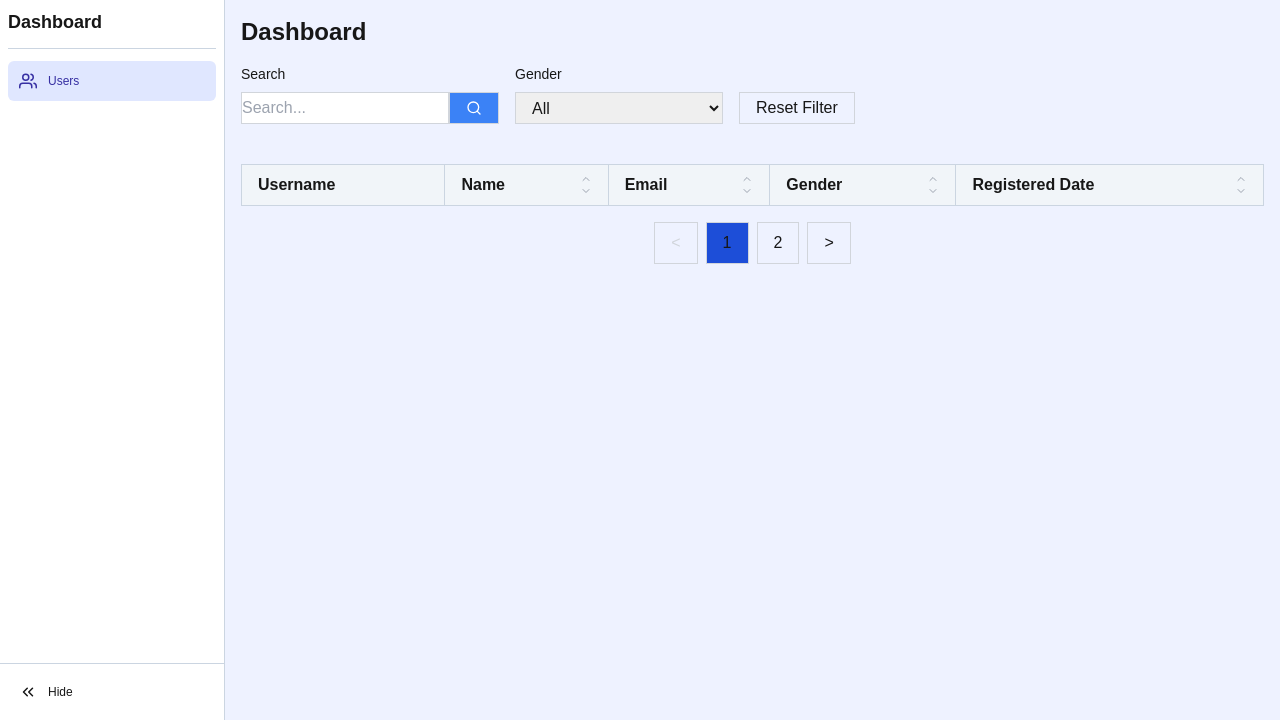
Repository: Ademaulana100499/userdashboard
Page: /
The author's editor kept a copy of each file at every save. The page is drawn from the files as they stood at one save, then again after the next save.
The browser window is 1280 px wide. The pictures show the whole page.
The page's requests for data from a server got no answer. The project was rebuilt for these pictures with package versions that can differ from the ones it lists, and the page was loaded fresh each time. The framework's server and built-in components were replaced by stand-ins that run in the browser. No one was signed in, and anything a server would have sent is missing. Also part of the build but not shown: next.config.mjs.

Above is the page before, as saved 2025-02-14 22:25:44.

### src/pages/index.js
import React from "react";
import Sidebar from "@/components/Sidebar";
import DashboardContent from "@/components/DashboardContent";
const Dashboard = () => {
  return (
    <div className="flex bg-indigo-50">
      <Sidebar />
      <DashboardContent />
    </div>
  );
};

export default Dashboard;

### src/components/Sidebar.jsx
import React, { useState } from "react";
import { FiChevronsRight, FiUsers } from "react-icons/fi";
import { motion } from "framer-motion";
const Sidebar = () => {
  const [open, setOpen] = useState(true);
  const [selected, setSelected] = useState("Users");

  return (
    <motion.nav
      layout
      className="sticky top-0 h-screen shrink-0 border-r border-slate-300 bg-white p-2"
      style={{
        width: open ? "225px" : "fit-content",
      }}>
      <TitleSection open={open} />

      <div className="space-y-1">
        <Option
          Icon={FiUsers}
          title="Users"
          selected={selected}
          setSelected={setSelected}
          open={open}
        />
      </div>

      <ToggleClose open={open} setOpen={setOpen} />
    </motion.nav>
  );
};

const Option = ({ Icon, title, selected, setSelected, open, notifs }) => {
  return (
    <motion.button
      layout
      onClick={() => setSelected(title)}
      className={`relative flex h-10 w-full items-center rounded-md transition-colors ${
        selected === title
          ? "bg-indigo-100 text-indigo-800"
          : "text-slate-500 hover:bg-slate-100"
      }`}>
      <motion.div
        layout
        className="grid h-full w-10 place-content-center text-lg">
        <Icon />
      </motion.div>
      {open && (
        <motion.span
          layout
          initial={{ opacity: 0, y: 12 }}
          animate={{ opacity: 1, y: 0 }}
          transition={{ delay: 0.125 }}
          className="text-xs font-medium">
          {title}
        </motion.span>
      )}

      {notifs && open && (
        <motion.span
          initial={{ scale: 0, opacity: 0 }}
          animate={{
            opacity: 1,
            scale: 1,
          }}
          style={{ y: "-50%" }}
          transition={{ delay: 0.5 }}
          className="absolute right-2 top-1/2 size-4 rounded bg-indigo-500 text-xs text-white">
          {notifs}
        </motion.span>
      )}
    </motion.button>
  );
};

const TitleSection = ({ open }) => {
  return (
    <div className="mb-3 border-b border-slate-300 pb-3">
      <div className="flex cursor-pointer items-center justify-between rounded-md transition-colors hover:bg-slate-100">
        <div className="flex justify-center items-center">
          {open && (
            <motion.div
              layout
              initial={{ opacity: 0, y: 12 }}
              animate={{ opacity: 1, y: 0 }}
              transition={{ delay: 0.125 }}>
              <span className="block text-lg font-semibold">Dashboard</span>
            </motion.div>
          )}
        </div>
      </div>
    </div>
  );
};

const ToggleClose = ({ open, setOpen }) => {
  return (
    <motion.button
      layout
      onClick={() => setOpen((pv) => !pv)}
      className="absolute bottom-0 left-0 right-0 border-t border-slate-300 transition-colors hover:bg-slate-100">
      <div className="flex items-center p-2">
        <motion.div
          layout
          className="grid size-10 place-content-center text-lg">
          <FiChevronsRight
            className={`transition-transform ${open && "rotate-180"}`}
          />
        </motion.div>
        {open && (
          <motion.span
            layout
            initial={{ opacity: 0, y: 12 }}
            animate={{ opacity: 1, y: 0 }}
            transition={{ delay: 0.125 }}
            className="text-xs font-medium">
            Hide
          </motion.span>
        )}
      </div>
    </motion.button>
  );
};

export default Sidebar;

### src/components/DashboardContent.jsx
import { FiChevronUp, FiChevronDown } from "react-icons/fi";
import { useState, useEffect } from "react";
import { FiSearch } from "react-icons/fi";

const DashboardContent = () => {
  const [data, setData] = useState([]);
  const [filteredData, setFilteredData] = useState([]); // For filtered data
  const [sortConfig, setSortConfig] = useState({ key: null, direction: null });
  const [selectedGender, setSelectedGender] = useState("all"); // Gender filter state
  const [searchKeyword, setSearchKeyword] = useState(""); // For search keyword
  const [currentPage, setCurrentPage] = useState(1); // Track current page
  const itemsPerPage = 5; // Number of items to display per page

  const fetchData = async () => {
    try {
      const response = await fetch(`https://randomuser.me/api/?results=10`);
      const result = await response.json();
      setData(result.results);
      setFilteredData(result.results); // Initialize filteredData with all data
    } catch (error) {
      console.error("Error fetching data:", error);
    }
  };

  useEffect(() => {
    fetchData();
  }, []);

  const handleSort = (key) => {
    let direction = "asc";
    if (sortConfig.key === key && sortConfig.direction === "asc") {
      direction = "desc";
    }
    setSortConfig({ key, direction });

    setFilteredData((prevData) =>
      [...prevData].sort((a, b) => {
        const valueA = getNestedValue(a, key);
        const valueB = getNestedValue(b, key);

        if (valueA < valueB) return direction === "asc" ? -1 : 1;
        if (valueA > valueB) return direction === "asc" ? 1 : -1;
        return 0;
      })
    );
  };

  const handleSearch = () => {
    // Filter data based on searchKeyword only when the search button is clicked
    const filtered = data.filter((user) =>
      `${user.name.first} ${user.name.last}`
        .toLowerCase()
        .includes(searchKeyword.toLowerCase())
    );
    setFilteredData(filtered);
  };

  const handleGenderFilter = (gender) => {
    setSelectedGender(gender);
    if (gender === "all") {
      setFilteredData(data); // Show all data if "All" is selected
    } else {
      const filtered = data.filter((user) => user.gender === gender);
      setFilteredData(filtered); // Filter based on selected gender
    }
  };

  const handleResetFilter = () => {
    // Reset filters
    setSelectedGender("all");
    setSearchKeyword("");
    setFilteredData(data); // Reset filtered data to the original
  };

  const getNestedValue = (obj, path) => {
    return path
      .split(".")
      .reduce((acc, key) => (acc && acc[key] ? acc[key] : ""), obj);
  };

  const getSortIconStyle = (key) => {
    return sortConfig.key === key ? "text-black" : "text-gray-400";
  };

  // Paginate the filtered data based on the current page
  const paginateData = (data) => {
    const indexOfLastItem = currentPage * itemsPerPage;
    const indexOfFirstItem = indexOfLastItem - itemsPerPage;
    return data.slice(indexOfFirstItem, indexOfLastItem);
  };

  // Handle page change
  const handlePageChange = (page) => {
    setCurrentPage(page);
  };

  // Calculate total pages based on filtered data
  const totalPages = Math.ceil(filteredData.length / itemsPerPage);

  return (
    <div className="flex-1 p-4">
      <h1 className="text-2xl font-semibold mb-4">Dashboard</h1>
      <div className="flex gap-4 items-center mb-10">
        {/* Search */}
        <div className="flex flex-col  gap-2">
          <label htmlFor="search" className="text-sm">
            Search
          </label>
          <div className="flex items-center">
            <input
              type="text"
              id="search"
              value={searchKeyword}
              onChange={(e) => setSearchKeyword(e.target.value)} // Update search keyword
              placeholder="Search..."
              className=" w-52 border border-gray-300 h-8"
            />
            <button
              type="button"
              onClick={handleSearch}
              className="bg-blue-500 border border-gray-300 text-white px-4 h-8  hover:bg-blue-600">
              <FiSearch />
            </button>
          </div>
        </div>

        {/* Gender Filter */}
        <div className="flex flex-col gap-2">
          <label htmlFor="gender" className="text-sm">
            Gender
          </label>
          <select
            name="gender"
            id="gender"
            value={selectedGender}
            onChange={(e) => handleGenderFilter(e.target.value)} // Update gender filter
            className="w-52 border border-gray-300 px-3 h-8 text-left">
            <option value="all">All</option>
            <option value="male">Male</option>
            <option value="female">Female</option>
          </select>
        </div>

        {/* Reset Filter Button */}
        <div className="flex flex-col justify-between gap-5">
          <div></div>
          {/* Reset Filter Button */}
          <button
            type="button"
            onClick={handleResetFilter}
            className="border border-gray-300  px-4 h-8 hover:bg-gray-400 mt-2">
            Reset Filter
          </button>
        </div>
      </div>

      <table className="min-w-full table-auto border-collapse border border-slate-300 mt-4">
        <thead>
          <tr className="bg-slate-100">
            <th className="border border-slate-300 px-4 py-2 text-left">
              Username
            </th>
            <th className="border border-slate-300 px-4 py-2 text-left">
              <div className="flex justify-between items-center">
                <span>Name</span>
                <div className="flex flex-col items-center">
                  <FiChevronUp
                    onClick={() => handleSort("name.first")}
                    className={`text-xs cursor-pointer ${getSortIconStyle(
                      "name.first"
                    )}`}
                  />
                  <FiChevronDown
                    onClick={() => handleSort("name.first")}
                    className={`text-xs cursor-pointer ${getSortIconStyle(
                      "name.first"
                    )}`}
                  />
                </div>
              </div>
            </th>
            <th className="border border-slate-300 px-4 py-2 text-left">
              <div className="flex justify-between items-center">
                <span>Email</span>
                <div className="flex flex-col items-center">
                  <FiChevronUp
                    onClick={() => handleSort("email")}
                    className={`text-xs cursor-pointer ${getSortIconStyle(
                      "email"
                    )}`}
                  />
                  <FiChevronDown
                    onClick={() => handleSort("email")}
                    className={`text-xs cursor-pointer ${getSortIconStyle(
                      "email"
                    )}`}
                  />
                </div>
              </div>
            </th>
            <th className="border border-slate-300 px-4 py-2 text-left">
              <div className="flex justify-between items-center">
                <span>Gender</span>
                <div className="flex flex-col items-center">
                  <FiChevronUp
                    onClick={() => handleSort("gender")}
                    className={`text-xs cursor-pointer ${getSortIconStyle(
                      "gender"
                    )}`}
                  />
                  <FiChevronDown
                    onClick={() => handleSort("gender")}
                    className={`text-xs cursor-pointer ${getSortIconStyle(
                      "gender"
                    )}`}
                  />
                </div>
              </div>
            </th>
            <th className="border border-slate-300 px-4 py-2 text-left">
              <div className="flex justify-between items-center">
                <span>Registered Date</span>
                <div className="flex flex-col items-center">
                  <FiChevronUp
                    onClick={() => handleSort("registered.date")}
                    className={`text-xs cursor-pointer ${getSortIconStyle(
                      "registered.date"
                    )}`}
                  />
                  <FiChevronDown
                    onClick={() => handleSort("registered.date")}
                    className={`text-xs cursor-pointer ${getSortIconStyle(
                      "registered.date"
                    )}`}
                  />
                </div>
              </div>
            </th>
          </tr>
        </thead>
        <tbody>
          {paginateData(filteredData).map((user, index) => (
            <tr key={index} className="hover:bg-slate-50">
              <td className="border border-slate-300 px-4 py-2">
                {user.login.username}
              </td>
              <td className="border border-slate-300 px-4 py-2">
                {user.name.title} {user.name.first} {user.name.last}
              </td>
              <td className="border border-slate-300 px-4 py-2">
                {user.email}
              </td>
              <td className="border border-slate-300 px-4 py-2">
                {user.gender}
              </td>
              <td className="border border-slate-300 px-4 py-2">
                {new Date(user.registered.date)
                  .toLocaleString("id-ID", {
                    day: "2-digit",
                    month: "2-digit",
                    year: "numeric",
                    hour: "2-digit",
                    minute: "2-digit",
                  })
                  .replace(",", "")
                  .replace("/", "-")
                  .replace("/", "-")
                  .replace(".", ":")}
              </td>
            </tr>
          ))}
        </tbody>
      </table>

      {/* Pagination controls */}
      <div className="flex justify-center items-center mt-4 space-x-2">
        {/* Left Arrow */}
        <button
          onClick={() => handlePageChange(currentPage - 1)}
          disabled={currentPage === 1}
          className="px-4 py-2 border border-gray-300    disabled:text-gray-300">
          &lt;
        </button>

        {/* Page Numbers */}
        <button
          onClick={() => handlePageChange(1)}
          className={`px-4 py-2  border border-gray-300  ${
            currentPage === 1 ? "bg-blue-700" : ""
          }`}>
          1
        </button>

        <button
          onClick={() => handlePageChange(2)}
          className={`px-4 py-2  border border-gray-300 ${
            currentPage === 2 ? "bg-blue-700" : ""
          }`}>
          2
        </button>

        {/* Right Arrow */}
        <button
          onClick={() => handlePageChange(currentPage + 1)}
          disabled={currentPage === totalPages}
          className="px-4 py-2 border border-gray-300  disabled:text-gray-300">
          &gt;
        </button>
      </div>
    </div>
  );
};

export default DashboardContent;

Loaded but not shown: src/pages/_app.js (common file); src/pages/_document.js (common file); src/styles/globals.css (common file); tailwind.config.mjs (common file)

After the next save:
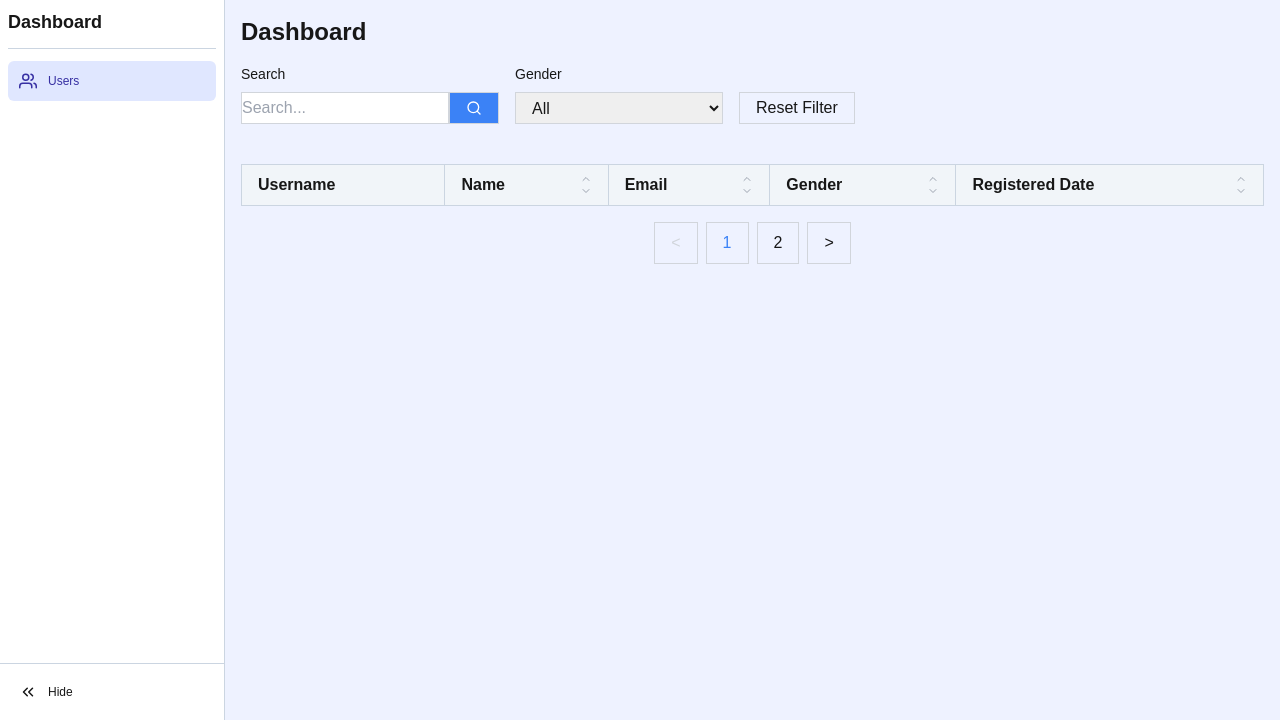
Saved 59 s later.
--- a/src/components/DashboardContent.jsx
+++ b/src/components/DashboardContent.jsx
@@ -286,7 +286,7 @@ const DashboardContent = () => {
         <button
           onClick={() => handlePageChange(1)}
           className={`px-4 py-2  border border-gray-300  ${
-            currentPage === 1 ? "bg-blue-700" : ""
+            currentPage === 1 ? "text-blue-500 border border-blue-500" : ""
           }`}>
           1
         </button>
@@ -294,7 +294,7 @@ const DashboardContent = () => {
         <button
           onClick={() => handlePageChange(2)}
           className={`px-4 py-2  border border-gray-300 ${
-            currentPage === 2 ? "bg-blue-700" : ""
+            currentPage === 2 ? "text-blue-500 border border-blue-500" : ""
           }`}>
           2
         </button>
